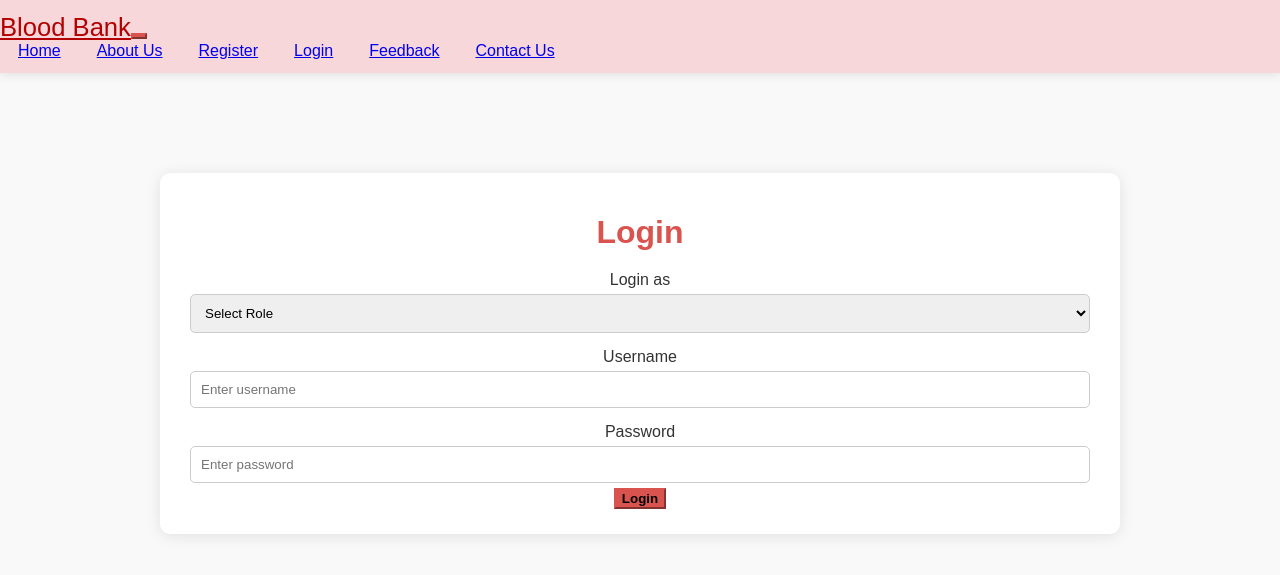
Repository: krismehta02/MINI-PROJECT-MAY
Page: /login (app in blood-donation-frontend/)
These files come from the project's save history. The page is drawn as it stood at one moment and after the next save; the edit follows.
The browser window is 1280 px wide. The pictures show the whole page.
The project was rebuilt for these pictures with package versions that can differ from the ones it lists, and the page was loaded fresh each time. Also part of the build but not shown: blood-donation-frontend/vite.config.js, blood-donation-frontend/src/pages/Home.jsx, blood-donation-frontend/src/pages/AboutUs.jsx, blood-donation-frontend/src/pages/Register.jsx, blood-donation-frontend/src/pages/Feedback.jsx, blood-donation-frontend/src/pages/ContactUs.jsx, blood-donation-frontend/src/pages/PatientDashboard.jsx, blood-donation-frontend/src/pages/DonorDashboard.jsx.

Above is the page before, as saved 2025-05-12 07:25:32.

After the next save:
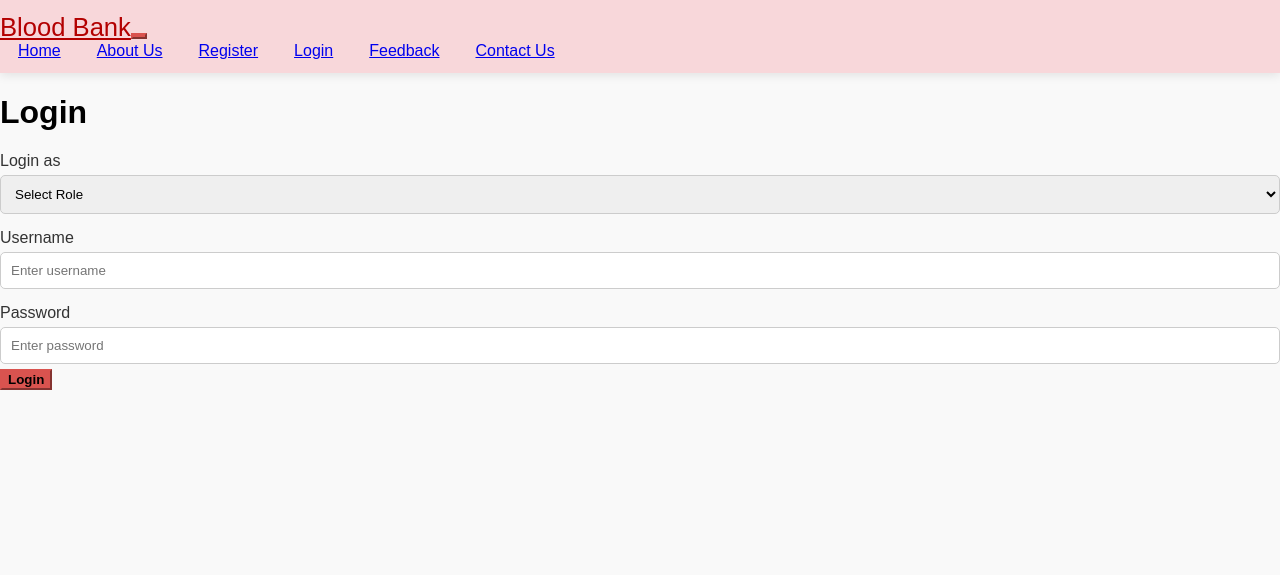
Saved 97 s later.
--- a/blood-donation-frontend/src/pages/Login.jsx
+++ b/blood-donation-frontend/src/pages/Login.jsx
@@ -62,7 +62,7 @@
   };
 
   return (
-    <div className="container mt-5">
+    <div className="Login-Background">
       <h1>Login</h1>
       <Form onSubmit={handleSubmit}>
         {/* User Role Dropdown */}

After the save that followed:
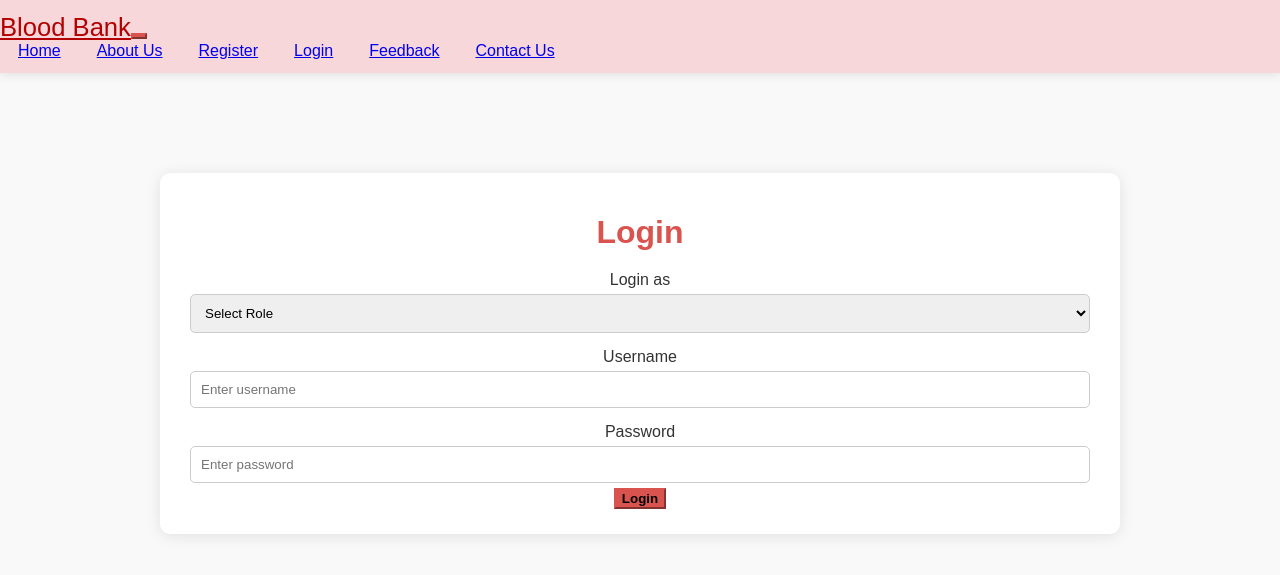
Saved 48 s later.
--- a/blood-donation-frontend/src/pages/Login.jsx
+++ b/blood-donation-frontend/src/pages/Login.jsx
@@ -62,7 +62,7 @@
   };
 
   return (
-    <div className="Login-Background">
+    <div className="container mt-5">
       <h1>Login</h1>
       <Form onSubmit={handleSubmit}>
         {/* User Role Dropdown */}
